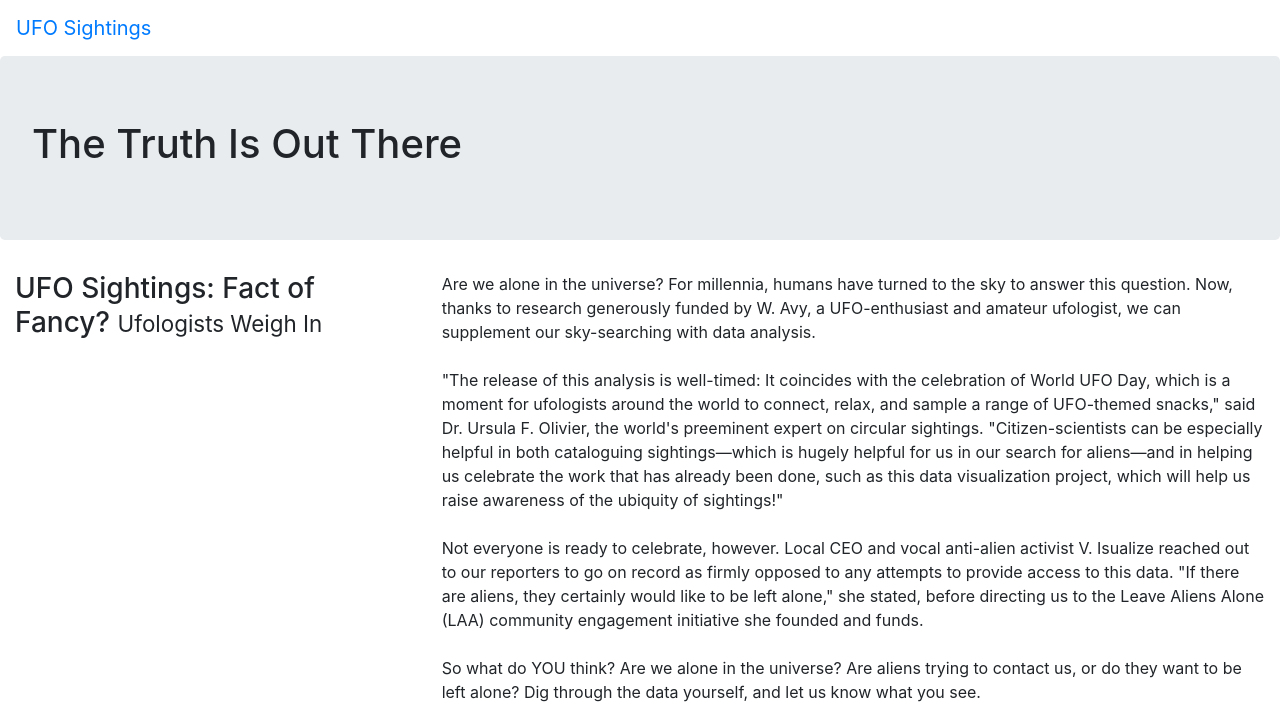
Repository: PaddyHQ/UFOs
Page: index.html
An editor plug-in stored every save of this project. The page is shown before and after the next save, followed by the edit.
The browser window is 1280 px wide. The pictures show the whole page.

Above is the page before, as saved 2022-02-02 21:21:44.

### index.html
<!DOCTYPE html>
<html lang="en">
<head>

    <meta charset="UTF-8">
    <meta http-equiv="X-UA-Compatible" content="IE=edge">
    <meta name="viewport" content="width=device-width, initial-scale=1.0">
    <title>Document</title>
    <link
      rel="stylesheet"
      href="https://maxcdn.bootstrapcdn.com/bootstrap/4.0.0/css/bootstrap.min.css"
      integrity="sha384-Gn5384xqQ1aoWXA+058RXPxPg6fy4IWvTNh0E263XmFcJlSAwiGgFAW/dAiS6JXm"
      crossorigin="anonymous"
    />
    <link rel="stylesheet" href="static/css/style.css">
</head>
<body>
    <div class="wrapper">
        <nav class="navbar navbar-expand-lg">
            <a class="navbar-brand" href="index.html">UFO Sightings</a>
        </nav>
    </div>
    <div class="jumbotron">
        <h1>The Truth Is Out There</h1>
      </div>
      <div class="container-fluid">
        <div class="row">
          <div class="col-md-4">
            <h3>UFO Sightings: Fact of Fancy? <small>Ufologists Weigh In</small></h3>
          </div>
          <div class="col-md-8">
            <p>
              Are we alone in the universe? For millennia, humans have turned to the sky to answer this question. Now, thanks to research generously funded by W. Avy, a UFO-enthusiast and amateur ufologist, we can supplement our sky-searching with data analysis.<br><br>"The release of this analysis is well-timed: It coincides with the celebration of World UFO Day, which is a moment for ufologists around the world to connect, relax, and sample a range of UFO-themed snacks," said Dr. Ursula F. Olivier, the world's preeminent expert on circular sightings. "Citizen-scientists can be especially helpful in both cataloguing sightings—which is hugely helpful for us in our search for aliens—and in helping us celebrate the work that has already been done, such as this data visualization project, which will help us raise awareness of the ubiquity of sightings!"<br><br>Not everyone is ready to celebrate, however. Local CEO and vocal anti-alien activist V. Isualize reached out to our reporters to go on record as firmly opposed to any attempts to provide access to this data. "If there are aliens, they certainly would like to be left alone," she stated, before directing us to the Leave Aliens Alone (LAA) community engagement initiative she founded and funds.<br><br>So what do YOU think? Are we alone in the universe? Are aliens trying to contact us, or do they want to be left alone? Dig through the data yourself, and let us know what you see.
            </p>
          </div>
        </div>
      </div>
      <div class="container-fluid">
        <div class="row">
          <div class="col-md-3">

          </div>
          <div class="col-md-9">

          </div>
        </div>
      </div>
</body>
</html>

Loaded but not shown: static/css/style.css (no copy from this time; the picture is the same without it)

After the next save:
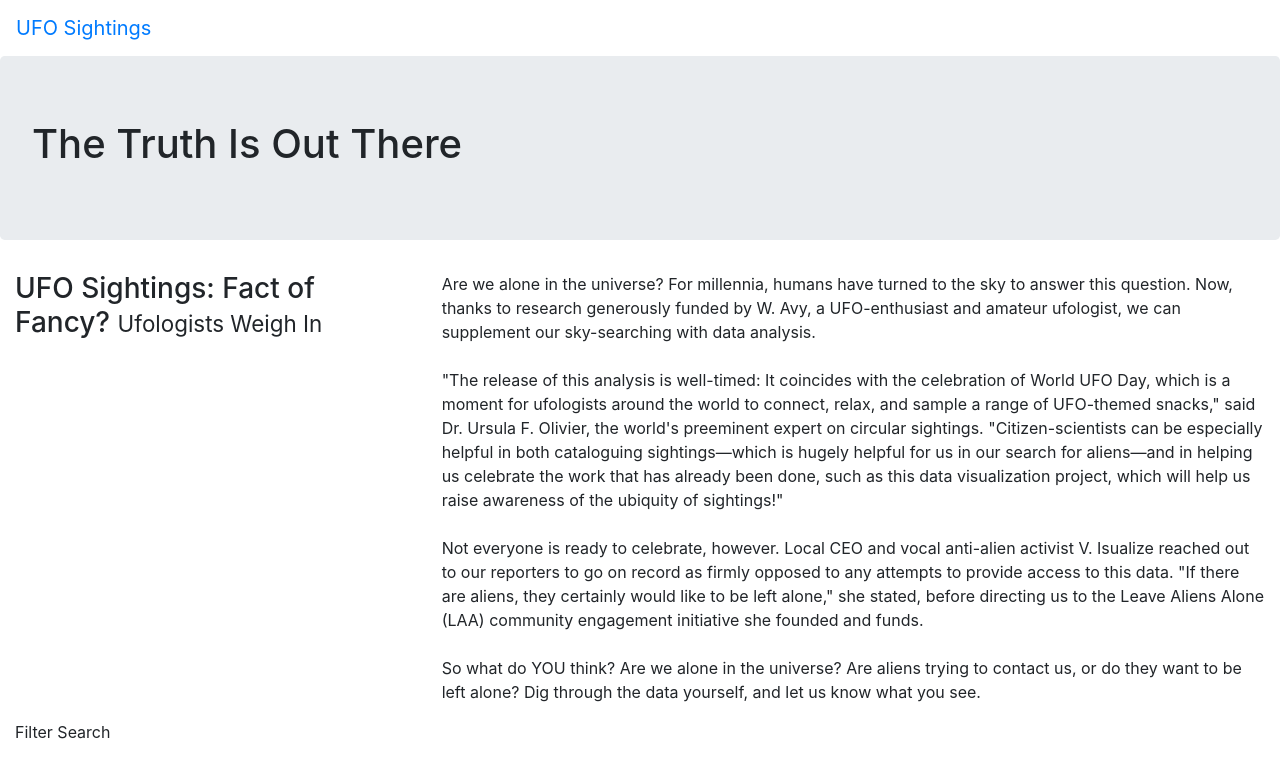
Saved 16 s later.
--- a/index.html
+++ b/index.html
@@ -38,7 +38,9 @@
       <div class="container-fluid">
         <div class="row">
           <div class="col-md-3">
-
+            <form>
+                <p>Filter Search</p>
+              </form>
           </div>
           <div class="col-md-9">
 
